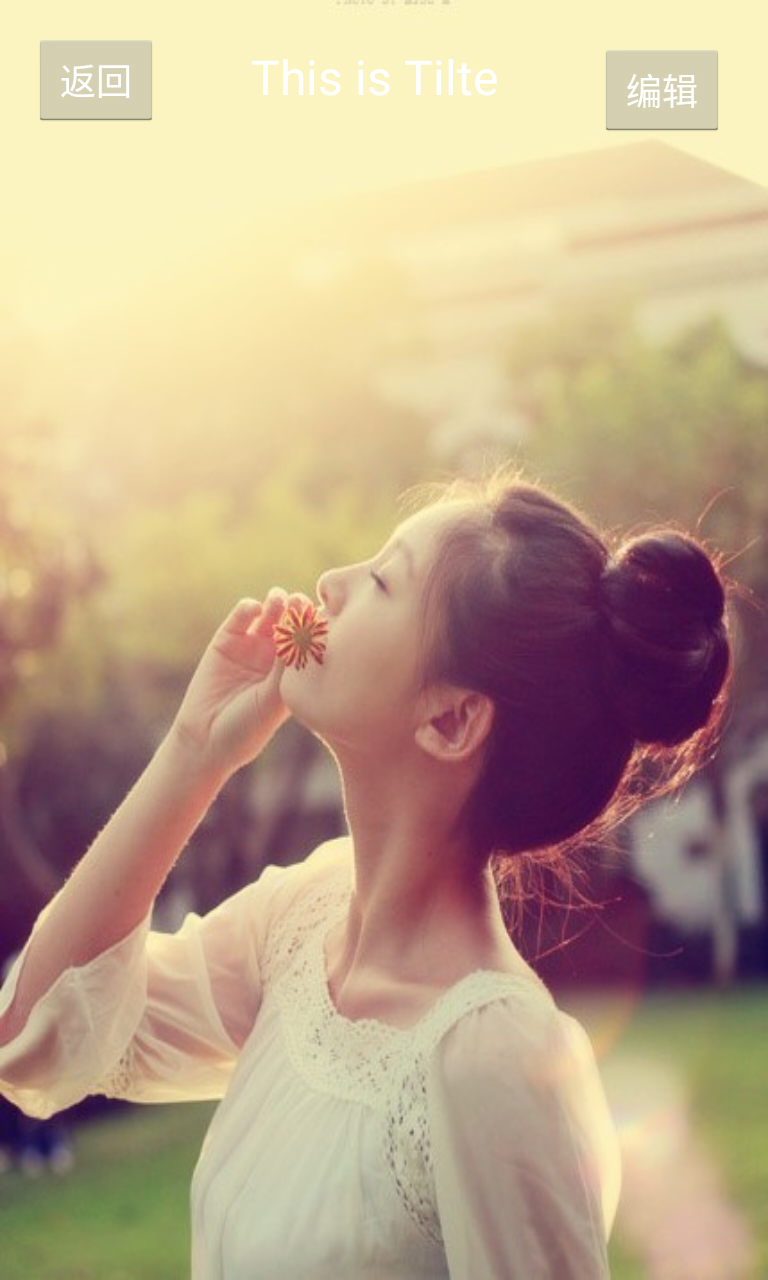
Repository: jinpp/Android
Layout: UICustomViews/res/layout/title.xml
The author's editor kept a copy of each file at every save. The layout is drawn from the files as they stood at one save, then again after a run of saves.
It is drawn on a 768 x 1280 px phone screen (xhdpi) without system bars, with theme AppTheme; the app's code is not run.

Above is the layout before, as saved 2016-11-17 05:29:09.

After the next 2 saves:
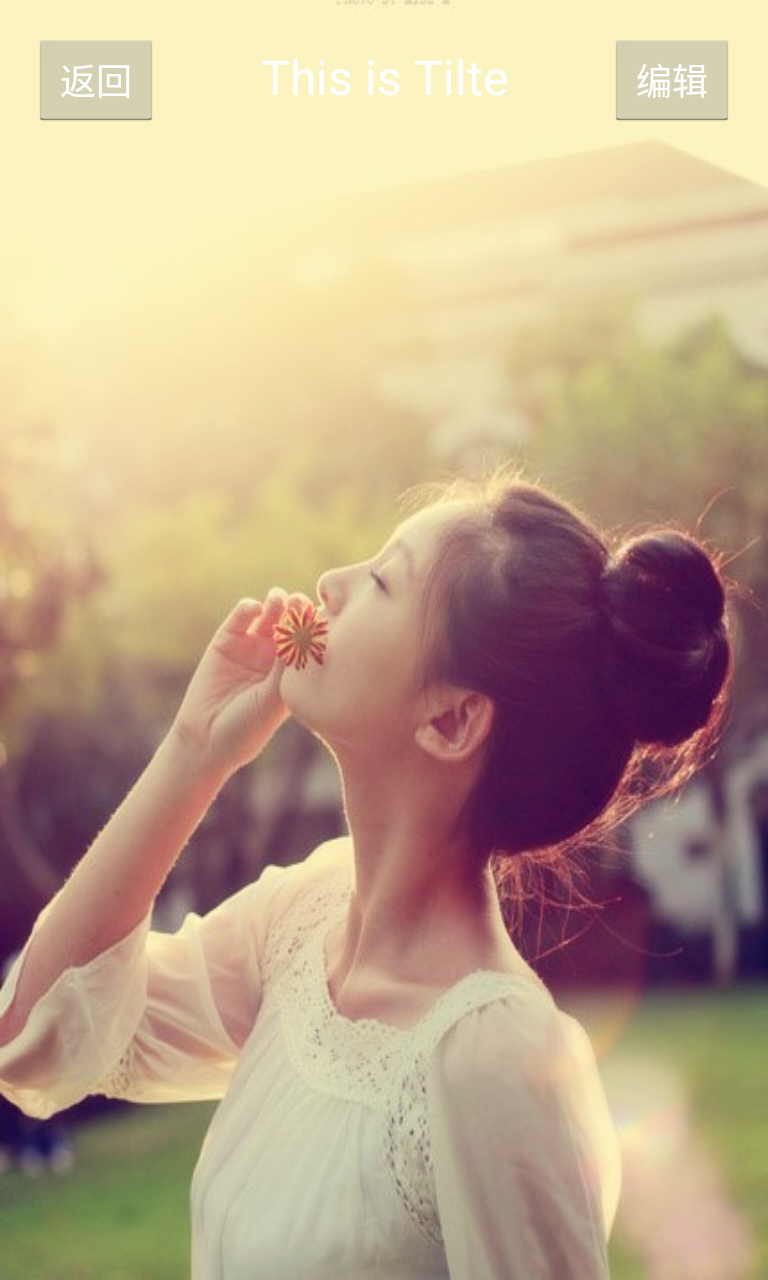
The 2 saves are shown as one change because they came seconds apart.
The last was saved 10 s later.
--- a/UICustomViews/res/layout/title.xml
+++ b/UICustomViews/res/layout/title.xml
@@ -19,7 +19,7 @@
 
     <TextView
         android:id="@+id/textview"
-        android:layout_width="5dip"
+
         android:layout_height="wrap_content"
         android:layout_weight="1"
         android:textColor="#fff"
@@ -32,7 +32,7 @@
         android:layout_width="wrap_content"
         android:layout_height="wrap_content"
 
-        android:layout_margin="5dip"
+
         android:textColor="#fff"
         android:text="编辑" />
 
